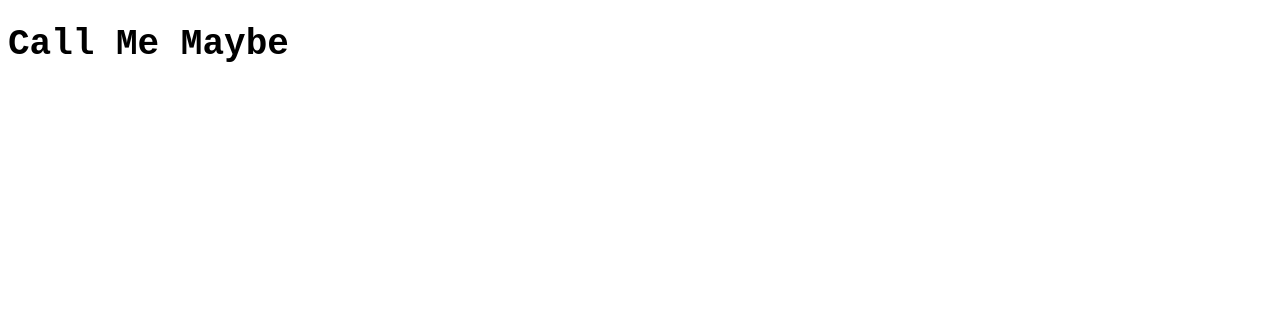
Repository: sviaduc/CallMeMaybe
Page: CallMeMaybeRest/WebContent/index.html
The author's editor kept a copy of each file at every save. The page is drawn from the files as they stood at one save, then again after the next save.
The browser window is 1280 px wide. The pictures show the whole page.
The page's requests for data from a server got no answer. Some web libraries are served in a nearby version.

Above is the page before, as saved 2017-10-21 21:11:20.

### CallMeMaybeRest/WebContent/index.html
<!DOCTYPE html>
<html>
  <head>
    <meta charset="utf-8">
    <title>CallMeMaybe</title>

    <link rel="stylesheet" href="app.css">
    <script src="https://ajax.googleapis.com/ajax/libs/jquery/3.2.1/jquery.min.js"></script>
  </head>
  <body>
    <h1>Call Me Maybe</h1>
    <!-- <div id='content'></div>
    <form name= "createPoke"class="" action="index.html" method="post">
      <input type="text" name="pokedex_id" placeholder="pokedex id">
      <input type="text" name="name"  placeholder="name">
      <input type="text" name="ht"  placeholder="ht">
      <input type="text" name="wt" placeholder="wt">
      <input type="text" name="img"  placeholder="img">
      <input type="text" name="description"  placeholder="description">
      <input id= "sub" type="submit" name="" value="submit">

    </form>
 -->
    <script src="JS/app.js"></script>

  </body>

</html>

### CallMeMaybeRest/WebContent/app.css
*{
  font-family: 'VT323', monospace;
  font-size: 24px;
}
img{
  width: 250px;
}
input{
  display: block;
}
h1{
  font-size: 36px;
}
table{
  border-style: double;
}
tr:nth-child(odd){
  background-color: lightgrey;
}
ul{
  border-style:solid;
  margin-right: 50px;

}
ul button{
    margin-bottom: 50px;
}
ul ul{
  border-style:dashed;
  margin-right: 50px;
}

### CallMeMaybeRest/WebContent/JS/app.js
$(document).ready(function() {
      console.log('page loaded');
      getAllPeople();

    function getAllPeople() {
      $.ajax({
          type: "GET",
          url: "rest/people",
          dataType: "json"
        })

        .done(function(data, status) {
          buildDOM(data);
        })

        .fail(function(xhr, status, error) {
          console.log('ERROR! Something went wrong!');
        });
    }


      function buildDOM(data) {
        //thead
        var $table = $('<table>');
        $("body").append($table);
        var $thead = $('<thead>');
        $table.append($thead);
        var $tr = $('<tr>');

        $thead.append($tr);
        var $th = $('<th>');
        $thead.text('Contents');
        $tr.append($th);
        //tbody
        var $tbody = $('<tbody>');
        $table.append($tbody);


        $('#content').append($table);

        for (var i = 0; i < data.length; i++) {
          var $tr2 = $('<tr>');
          $tbody.append($tr2);

          var $td = $('<td>');
          var $td2 = $('<td>');
          var $td3 = $('<td>');

          var deleteButton = $('<button>');

          $td2.attr("id", data[i].id);
          $tr2.append($td);
          $tr2.append($td2);

          $tr2.append($td3);
          $td3.append(deleteButton);
          deleteButton.text('Delete');



          deleteButton.click(function(e) {
              e.preventDefault();


            //  var pok = $(this).attr('id');

              $.ajax({
                type: "DELETE",
                url: "people" + $td2.attr('id'),
                dataType: "json"

              })
              .done(function(data, status) {
                $('#content').empty();
                getAllPeople();
              })

              .fail(function(xhr, status, error) {
                console.log('ERROR! Something went wrong!');
              });
          });

          $td.text(data[i].id);
          $td2.text(data[i].name);


          var $hr = $("<hr>");
          $td2.append($hr);

          //click event in loop
          $td2.click(function() {
            $('#content').empty();
            var peop = $(this).attr('id');

            $.ajax({
              type: "GET",
              url: "people" + peop,
              dataType: "json"
            })

            .done(function(data, status) {
              /////////showPok(data);
            })

            .fail(function(xhr, status, error) {
              console.log('ERROR! Something went wrong!');
            });


            function showPeople(people) {
              var $ul = $('<ul>');
              $("#content").append($ul);


              var name = $('<li>');
              name.text(people.name);
              $ul.append(name);

              var callDate = $('<li>');
              callDate.text(people.callDate);
              $ul.append(callDate);

              var relationship = $('<li>');
              relationship.text(people.relationship);
              $ul.append(relationship);

              var birthday = $('<li>');
              birthday.text(people.birthday);
              $ul.append(birthday);

//              var img = $('<img>');
//              img.attr('src', people.img)
//              $ul.append(img);

              var button1 = $('<button>');
              button1.text('Return');
              button1.click(function() {
                $('#content').empty();
                buildDOM(data);
              })
              $ul.append(button1);


            };
          });


        };

      };
      $('#sub').click(function(e) {
        e.preventDefault();
        var newPerson = {
          id: $('input[name="id"]').val(),
          name: $('input[name="name"]').val(),
          callDate: $('input[name="callDate"]').val(),
          relationship: $('input[name="relationship"]').val(),
          //img: $('input[name="img"]').val(),
          birthday: $('input[name="birthday"]').val()
        };
          console.log(JSON.stringify(newPerson));
         $.ajax({
          type: "POST",
          url: "people",
          dataType: "json",
          contentType: 'application/json',
          data: JSON.stringify(newPerson)

        })

         .done(function(data, status) {
          $('#content').empty();
          getAllPeople();
        })

         .fail(function(xhr, status, error) {
          console.log('ERROR! Something went wrong!');
        });

      });
});

After the next save:
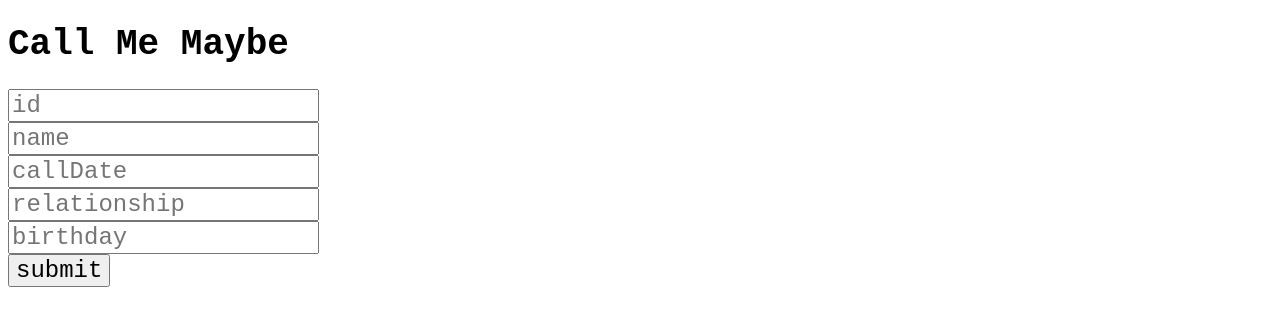
Saved 2 min 4 s later.
--- a/CallMeMaybeRest/WebContent/index.html
+++ b/CallMeMaybeRest/WebContent/index.html
@@ -9,18 +9,18 @@
   </head>
   <body>
     <h1>Call Me Maybe</h1>
-    <!-- <div id='content'></div>
+    <div id='content'></div>
     <form name= "createPoke"class="" action="index.html" method="post">
-      <input type="text" name="pokedex_id" placeholder="pokedex id">
+      <input type="text" name="id" placeholder="id">
       <input type="text" name="name"  placeholder="name">
-      <input type="text" name="ht"  placeholder="ht">
-      <input type="text" name="wt" placeholder="wt">
-      <input type="text" name="img"  placeholder="img">
-      <input type="text" name="description"  placeholder="description">
+      <input type="text" name="callDate"  placeholder="callDate">
+      <input type="text" name="relationship" placeholder="relationship">
+      <!-- <input type="text" name="img"  placeholder="img"> -->
+      <input type="text" name="birthday"  placeholder="birthday">
       <input id= "sub" type="submit" name="" value="submit">
 
     </form>
- -->
+
     <script src="JS/app.js"></script>
 
   </body>
